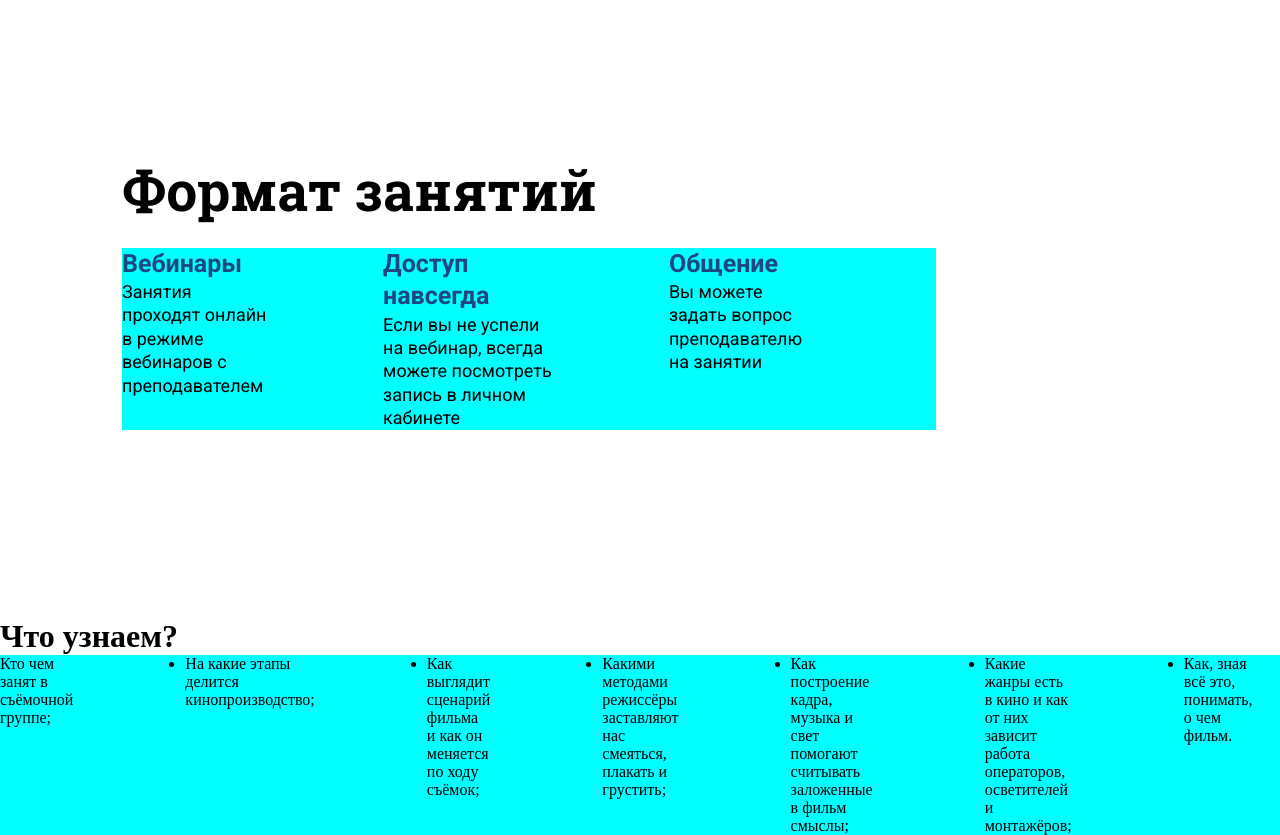
Repository: mirali879/previous-proj
Page: index.html
An editor plug-in stored every save of this project. The page is shown before and after the next save, followed by the edit.
The browser window is 1280 px wide. The pictures show the whole page.

Above is the page before, as saved 2023-05-06 19:26:23.

After the next save:
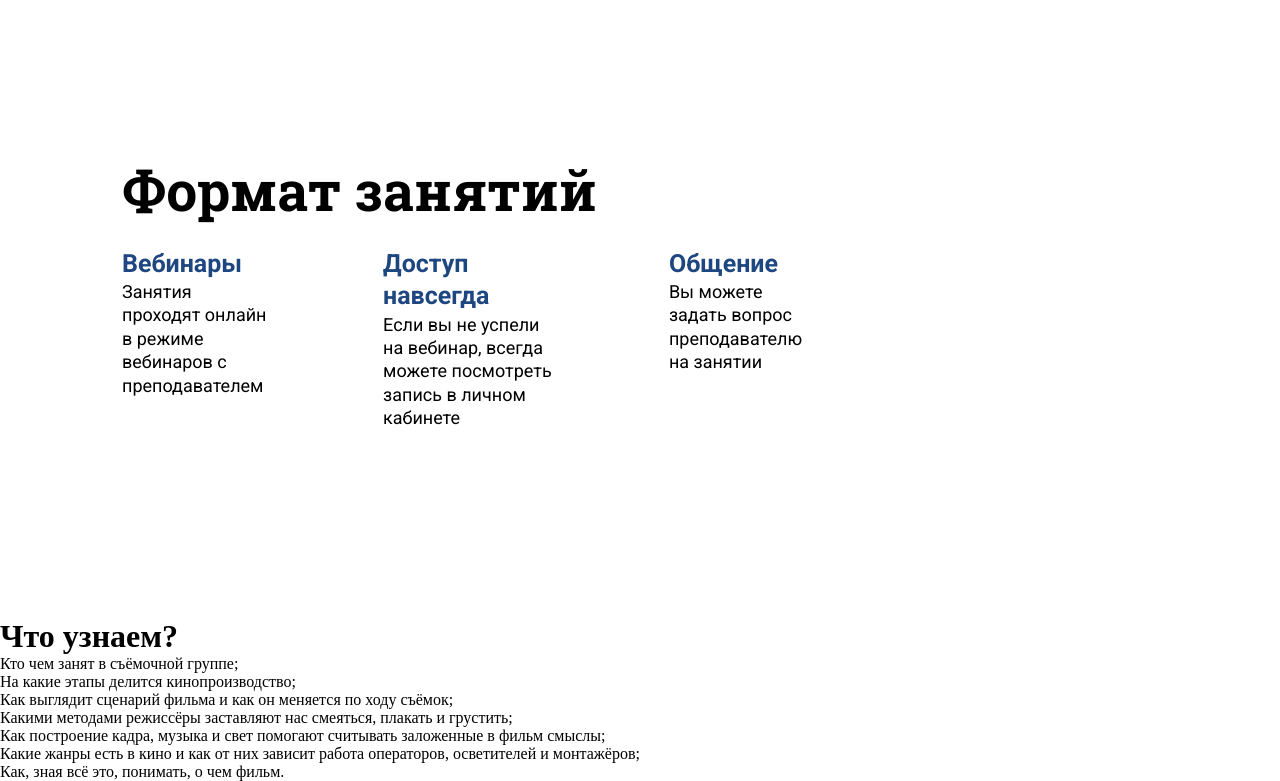
Saved 30 s later.
--- a/style.css
+++ b/style.css
@@ -14,10 +14,7 @@
   text-align: left;
 }
 
-ul {
-  background-color: aqua;
-  display: flex;
-}
+
 li {
   margin-right: 112px;
 }
